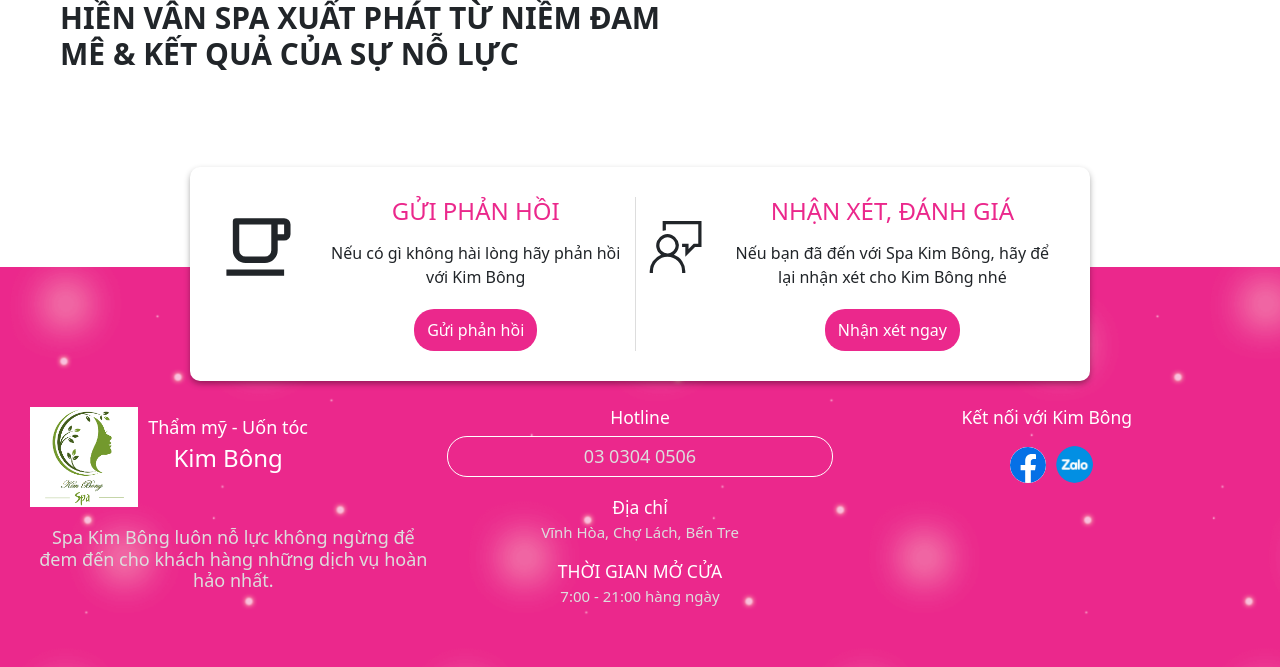
Repository: tranduykhuong/SpaKimBong
Page: /about
These files come from the project's save history. The page is drawn as it stood at one moment and after the next save; the edit follows.
The browser window is 1280 px wide. The pictures show the part of the page from y = 562 to 1284 px (the page is 1229 px tall before and 1284 px after).
The project was rebuilt for these pictures with package versions that can differ from the ones it lists, and the page was loaded fresh each time. Also part of the build but not shown: src/components/Header/Slider/slider.scss, src/components/Header/Slider/Slider.js, src/components/Header/ListImage/listImage.scss, src/components/Header/ListImage/ListImage.js, src/pages/Home/home.scss, src/pages/Home/ListImage/listImage.scss, src/pages/Home/ListImage/ListImage.js, src/pages/Home/BookOnline/bookOnl.scss and 6 more.

Above is the page before, as saved 2022-06-01 23:33:50.

After the next save:
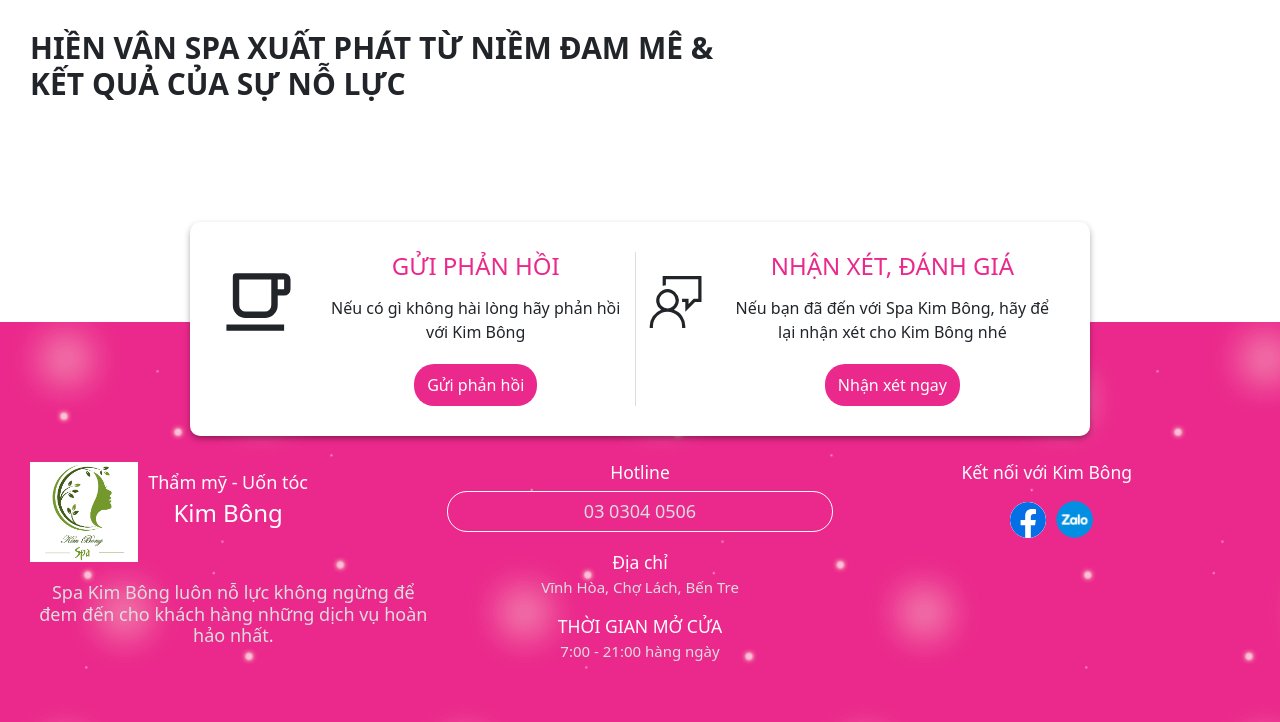
Saved 9 s later.
--- a/src/pages/About/About.scss
+++ b/src/pages/About/About.scss
@@ -19,7 +19,7 @@
 
       .title {
         text-align: left;
-        margin: 0 30px;
+        margin: 30px 0;
         h1 {
           font-size: 3rem;
           font-weight: bolder;
